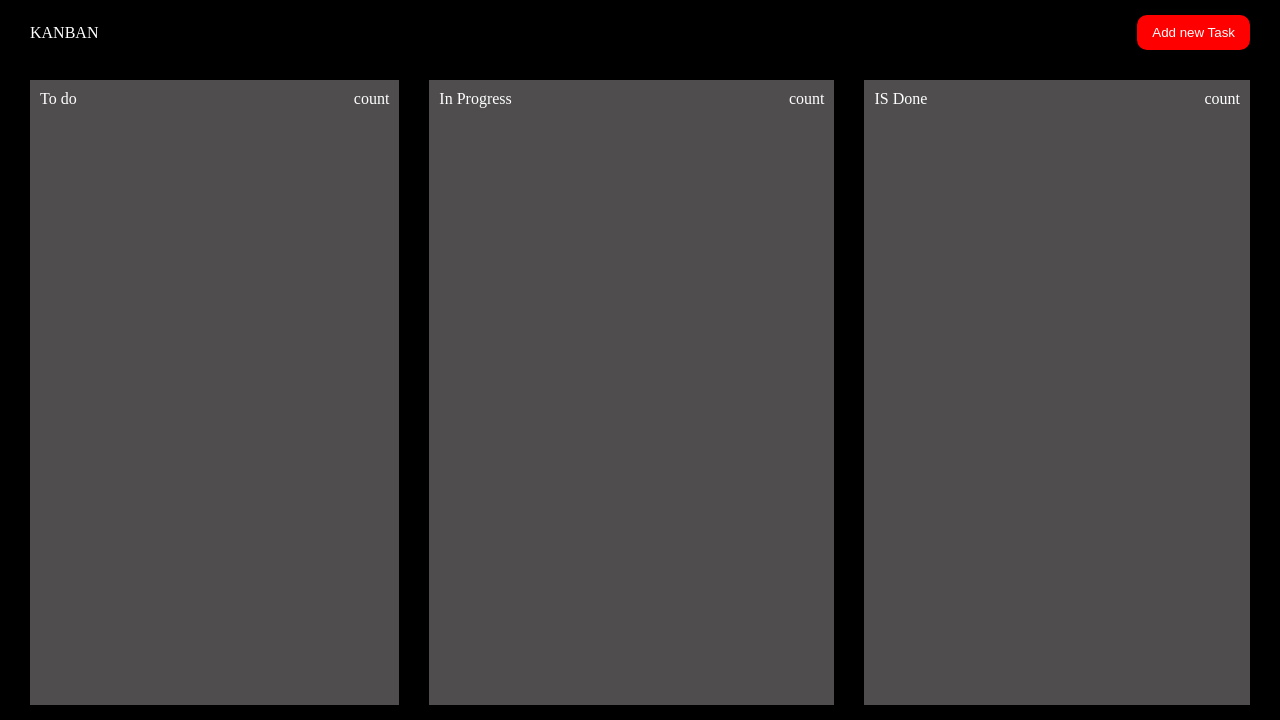
Repository: Sandeepji-5/Kanban-board
Page: index.html
The author's editor kept a copy of each file at every save. The page is drawn from the files as they stood at one save, then again after the next save.
The browser window is 1280 px wide. The pictures show the whole page.

Above is the page before, as saved 2025-12-08 18:32:29.

After the next save:
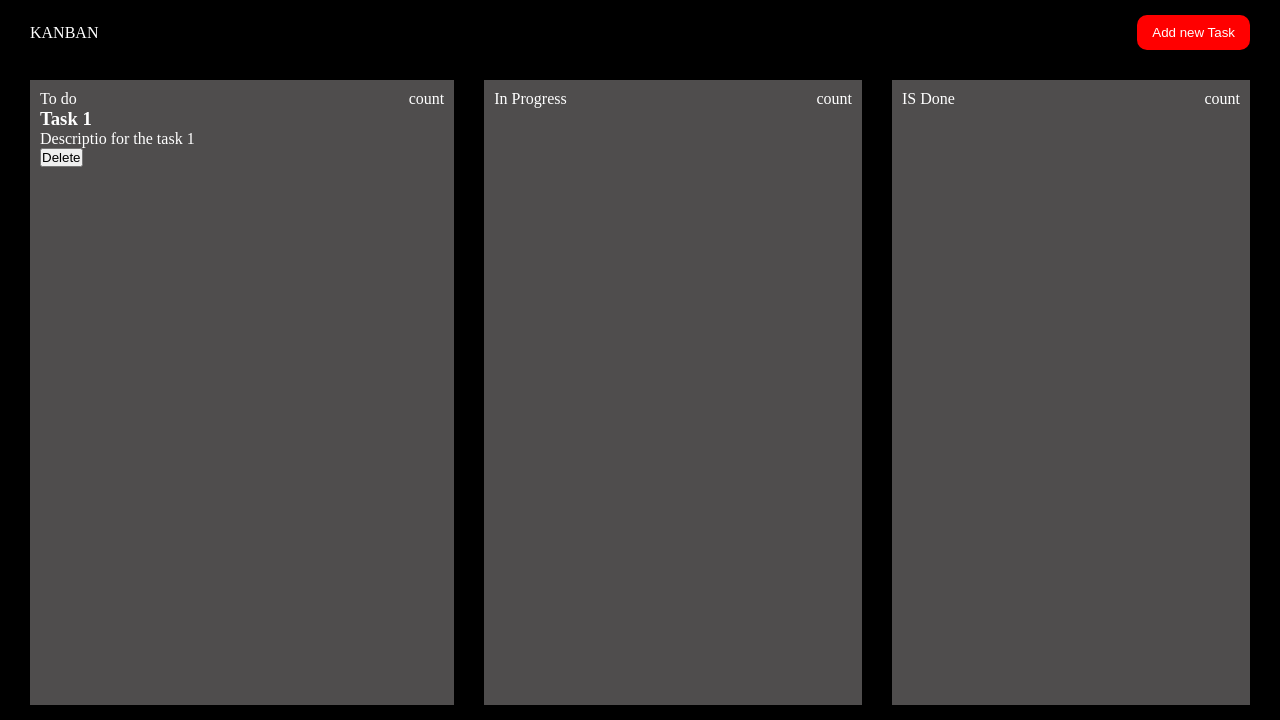
Saved 2 min 38 s later.
--- a/index.html
+++ b/index.html
@@ -17,6 +17,11 @@
                 <div class="heading">
                     <div class="left">To do </div>
                     <div class="right">count</div>
+                </div>
+                <div class="task">
+                    <h3>Task 1</h3>
+                    <p>Descriptio for the task 1 </p>
+                    <button>Delete</button>
                 </div>
             </div>
             <div class="task-column">
